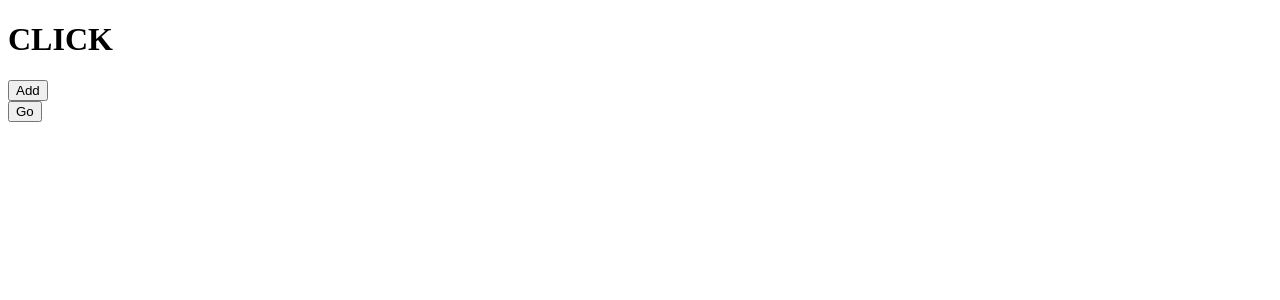
Repository: abhishek110597/Deloitte
Page: Workspace/JavaTraining/Dynamic.html
These files come from the project's save history. The page is drawn as it stood at one moment and after the next save; the edit follows.
The browser window is 1280 px wide. The pictures show the whole page.

Above is the page before, as saved 2019-12-30 04:04:03.

After the next save:
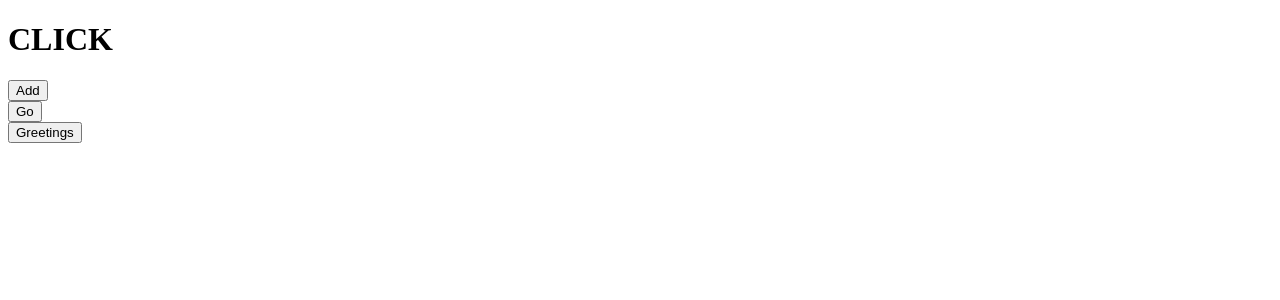
Saved 62 s later.
--- a/Workspace/JavaTraining/Dynamic.html
+++ b/Workspace/JavaTraining/Dynamic.html
@@ -6,10 +6,10 @@
 </head>
 <body>
 <h1>CLICK</h1>
+<input type="button" value="Add" onclick="sum()"/><br/>
+<input type="button" value="Go" onclick="demo()"/><br/>
+<input type="button" value="Greetings" onclick="displayGreetings('Bitvh ass hoe')"/>
 
-
-<input type="button" value="Add" onclick="sum()"/><br/>
-<input type="button" value="Go" onclick="demo()"/>
 <script type="text/javascript">
 function sum(){
 var num1=prompt("Enter first number :");
